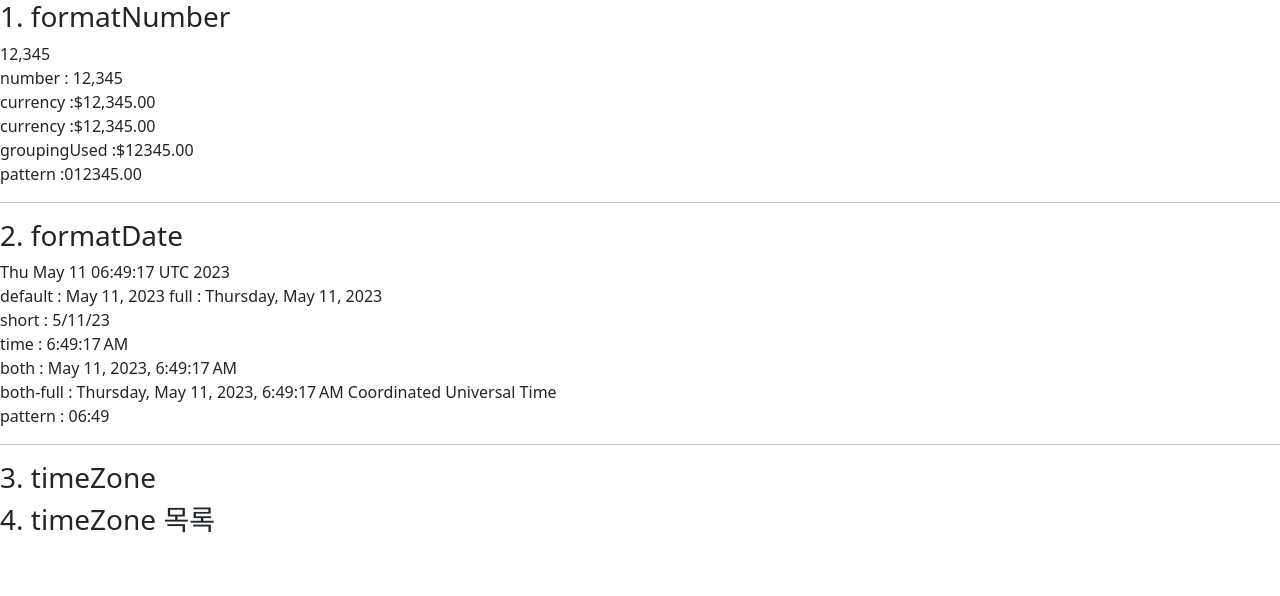
Repository: yeobleeme/06_jsp_basic
Page: http://localhost/jsp01_basic/jsp11_jstl/jsp09_format_03.jsp
An editor plug-in stored every save of this project. The page is shown before and after the next save, followed by the edit.
The browser window is 1280 px wide. The pictures show the whole page.
The page is served by Tomcat 9. Other server files are loaded and not shown.

Above is the page before, as saved 2023-05-15 05:46:12.

### jsp01_basic/WebContent/jsp11_jstl/jsp09_format_03.jsp
<%@page language="java" contentType="text/html; charset=UTF-8" pageEncoding="UTF-8"%>
<%@taglib prefix="c" uri="http://java.sun.com/jsp/jstl/core"%>
<%@taglib prefix="fmt" uri="http://java.sun.com/jsp/jstl/fmt" %>

<!DOCTYPE html>
<html>
<head>
	<meta charset="UTF-8">
	<meta name="viewport" content="width=device-width, initial-scale=1, minimum-scale=1, maximum-scale=1">
  	<link href="https://cdn.jsdelivr.net/npm/bootstrap@5.2.3/dist/css/bootstrap.min.css" rel="stylesheet">
  	<script src="https://cdn.jsdelivr.net/npm/bootstrap@5.2.3/dist/js/bootstrap.bundle.min.js"></script>
	<title>Insert title here</title>
</head>
<body>
	<h3>1. formatNumber</h3>
	<c:set var="price" value="12345"/>
	<fmt:formatNumber value="${ price }" type="number"/><br>
	number       : <fmt:formatNumber value="${ price }" type="number"/><br>
	currency     :<fmt:formatNumber value="${ price }" type="currency"/><br>
	currency     :<fmt:formatNumber value="${ price }" type="currency" currencySymbol="$"/><br>
	groupingUsed :<fmt:formatNumber value="${ price }" type="currency" currencySymbol="$" groupingUsed="false"/><br>
	pattern      :<fmt:formatNumber value="${ price }" type="currency" currencySymbol="$" pattern="000000.00"/><br>
	<hr />

	<h3>2. formatDate</h3>
	<c:set var="now" value="<%= new java.util.Date() %>"/>
	${ now }<br>
	default : <fmt:formatDate value="${ now }" type="date"/>
	full : <fmt:formatDate value="${ now }" type="date" dateStyle="full" /> <br />
	short : <fmt:formatDate value="${ now }" type="date" dateStyle="short" /> <br />
	time : <fmt:formatDate value="${ now }" type="time" /> <br />
	both : <fmt:formatDate value="${ now }" type="both" /> <br />
	both-full : <fmt:formatDate value="${ now }" type="both" dateStyle="full" timeStyle="full" /> <br />
	pattern : <fmt:formatDate value="${ now }" pattern="hh:mm" /> <br />



	<hr />
	<h3>3. timeZone</h3>
	<h3>4. timeZone 목록</h3>
</body>
</html>

After the next save:
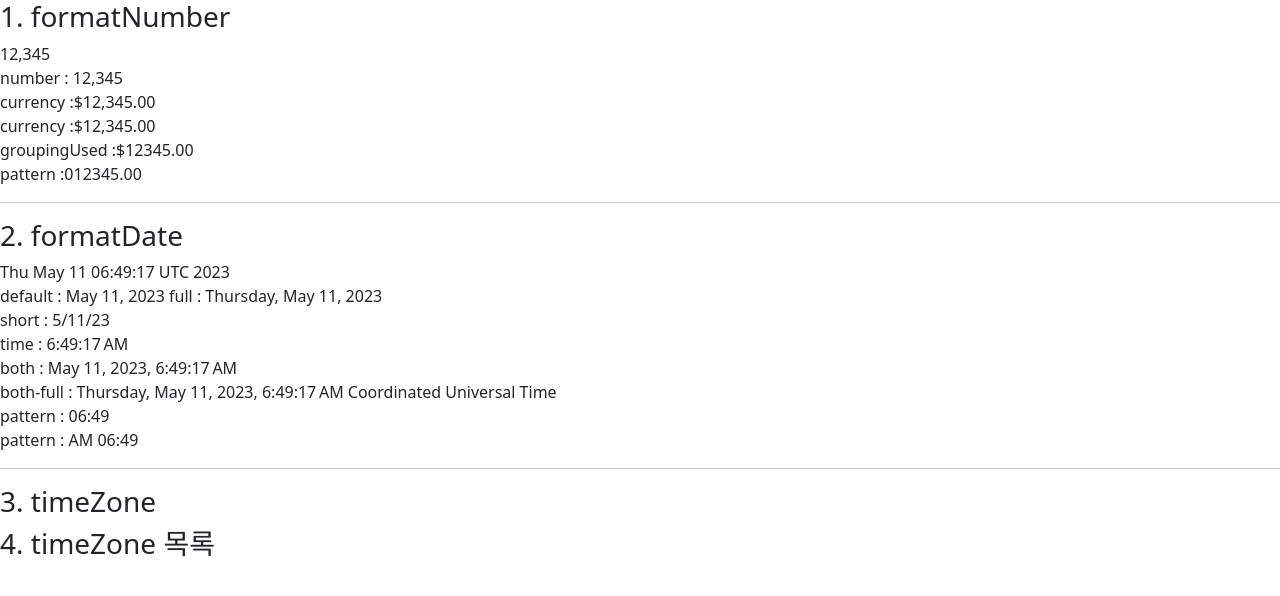
Saved 11 s later.
--- a/jsp01_basic/WebContent/jsp11_jstl/jsp09_format_03.jsp
+++ b/jsp01_basic/WebContent/jsp11_jstl/jsp09_format_03.jsp
@@ -32,6 +32,7 @@
 	both : <fmt:formatDate value="${ now }" type="both" /> <br />
 	both-full : <fmt:formatDate value="${ now }" type="both" dateStyle="full" timeStyle="full" /> <br />
 	pattern : <fmt:formatDate value="${ now }" pattern="hh:mm" /> <br />
+	pattern : <fmt:formatDate value="${ now }" pattern="a hh:mm" /> <br />
 
 
 
